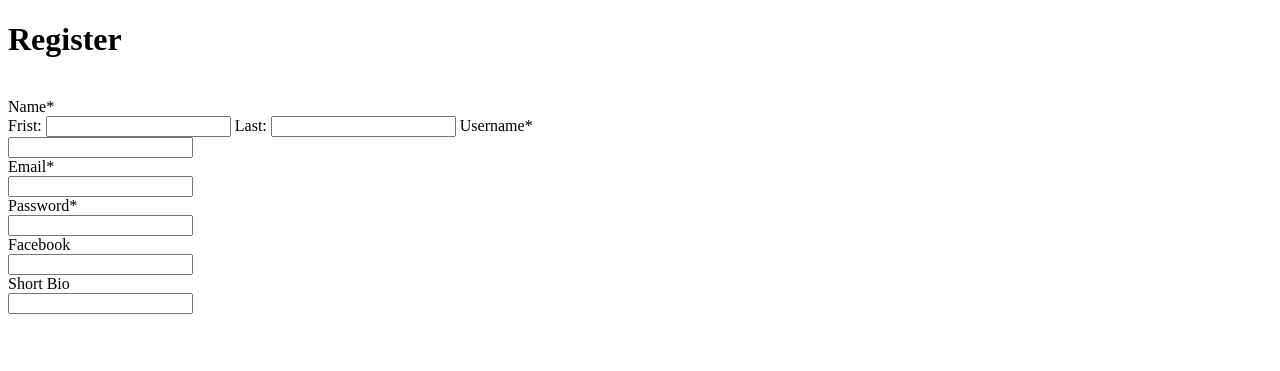
Repository: Knguyen2003/Spring
Page: JavaServlet/Tuan1/PhanNguyenKhoiNguyen_21068021_Tuan1/src/main/webapp/index.html
An editor plug-in stored every save of this project. The page is shown before and after the next save, followed by the edit.
The browser window is 1280 px wide. The pictures show the whole page.

Above is the page before, as saved 2024-08-21 11:49:14.

After the next save:
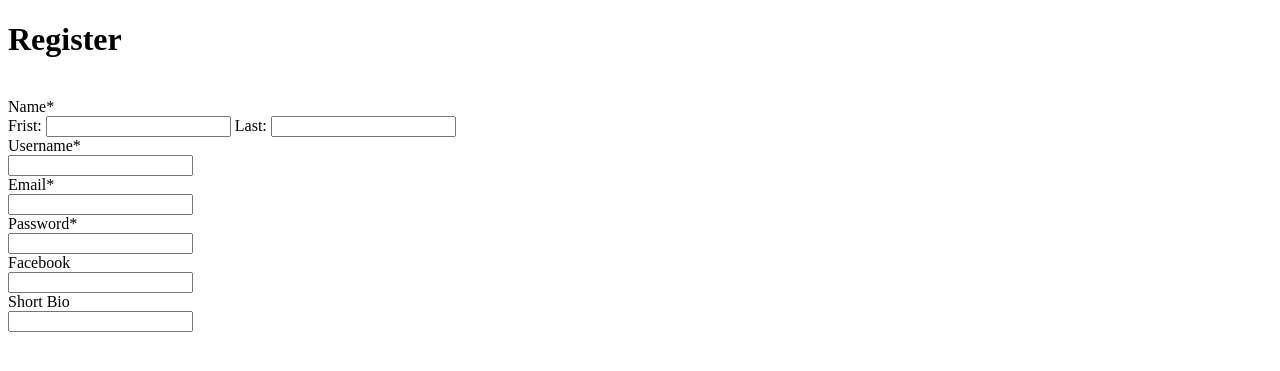
Saved 42 s later.
--- a/JavaServlet/Tuan1/PhanNguyenKhoiNguyen_21068021_Tuan1/src/main/webapp/index.html
+++ b/JavaServlet/Tuan1/PhanNguyenKhoiNguyen_21068021_Tuan1/src/main/webapp/index.html
@@ -10,7 +10,7 @@
 		<h1>Register</h1> <br>
         <label>Name*</label> <br>
          Frist: <input type="text" name="first">
-         Last: <input type="text" name="last">
+         Last: <input type="text" name="last"> <br>
         <label>Username*</label> <br>
         <input type="text" name="usn"> <br>
         <label>Email*</label> <br>
